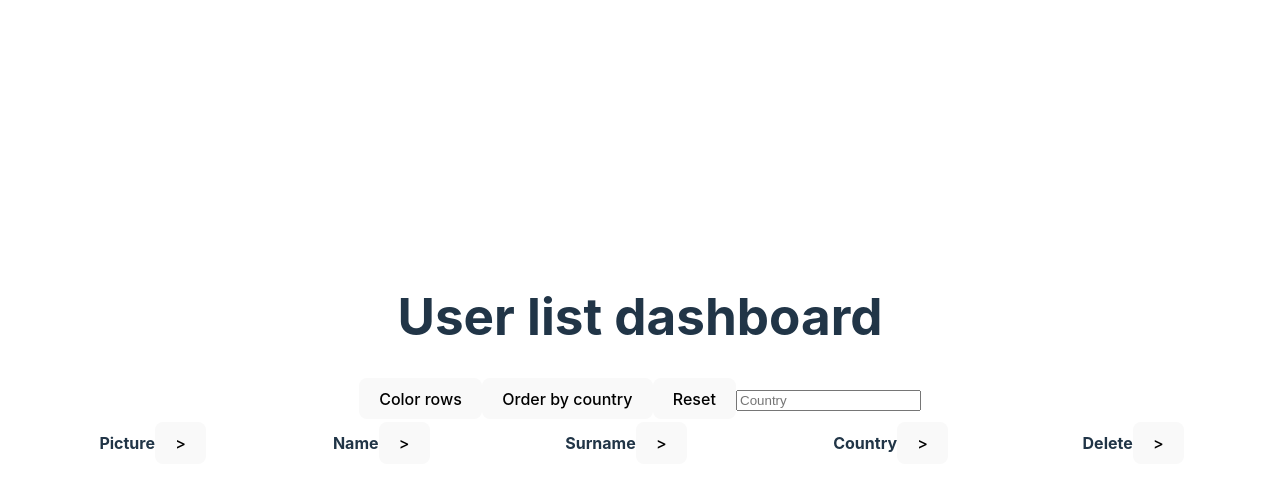
Repository: atzin-escandia/react-typescript-users-dashboard
Page: /
These files come from the project's save history. The page is drawn as it stood at one moment and after the next save; the edit follows.
The browser window is 1280 px wide. The pictures show the whole page.
The page's requests for data from a server got no answer. The project was rebuilt for these pictures with package versions that can differ from the ones it lists, and the page was loaded fresh each time. No one was signed in, and anything a server would have sent is missing. Also part of the build but not shown: vite.config.ts.

Above is the page before, as saved 2023-10-11 17:05:36.

### src/App.tsx
import { useEffect, useMemo, useRef, useState } from "react";
import "./App.css";
import UsersList from "./components/UsersList";
import { User } from "./types";

const API_URL = "https://randomuser.me/api/?results=100";
function App() {
  const [showColors, setShowColors] = useState(false);
  const [users, setUsers] = useState<User[]>([]);
  const [sortByCountry, setSortUsers] = useState(false);
  const [filterCountry, setValueSearch] = useState<null | string>(null);
  const originalUsers = useRef<User[]>([]);

  useEffect(() => {
    fetch(API_URL)
      .then((res) => res.json())
      .then((res) => {
        setUsers(res.results);
        originalUsers.current = res.results;
      });
  }, []);

  const handleReset = () => {
    setUsers(originalUsers.current);
  };

  const handleRemoveUser = (index: number) => {
    const newList = [...users].filter((_, i) => i !== index);
    setUsers(newList);
  };

  const filteredUsers = useMemo(() => {
    return filterCountry !== null && filterCountry.length > 0
      ? users.filter((user) =>
          user.location.country
            .toLowerCase()
            .includes(filterCountry.toLowerCase())
        )
      : [...users];
  }, [users, filterCountry]);

  const sortedUsers = useMemo(() => {
    return sortByCountry
      ? [...filteredUsers].sort((a, b) =>
          a.location.country.localeCompare(b.location.country)
        )
      : filteredUsers;
  }, [filteredUsers, sortByCountry]);

  return (
    <>
      <h1>User list dashboard</h1>
      <header>
        <button onClick={() => setShowColors(!showColors)}>Color rows</button>
        <button onClick={() => setSortUsers(!sortByCountry)}>
          {sortByCountry ? "Not order by country" : "Order by country"}
        </button>
        <button onClick={() => handleReset()}>Reset</button>
        <input
          type="text"
          placeholder="Country"
          onChange={(e) => setValueSearch(e.target.value)}
        />
      </header>

      <section className="card">
        {users && (
          <UsersList
            users={sortedUsers}
            removeUser={handleRemoveUser}
            showColors={showColors}
          ></UsersList>
        )}
      </section>
    </>
  );
}

export default App;

### src/index.css
:root {
  font-family: Inter, system-ui, Avenir, Helvetica, Arial, sans-serif;
  line-height: 1.5;
  font-weight: 400;

  color-scheme: light dark;
  color: rgba(255, 255, 255, 0.87);
  background-color: #242424;

  font-synthesis: none;
  text-rendering: optimizeLegibility;
  -webkit-font-smoothing: antialiased;
  -moz-osx-font-smoothing: grayscale;
  -webkit-text-size-adjust: 100%;
}

a {
  font-weight: 500;
  color: #646cff;
  text-decoration: inherit;
}
a:hover {
  color: #535bf2;
}

body {
  margin: 0;
  display: flex;
  place-items: center;
  min-height: 100vh;
}

h1 {
  font-size: 3.2em;
  line-height: 1.1;
}

button {
  border-radius: 8px;
  border: 1px solid transparent;
  padding: 0.6em 1.2em;
  font-size: 1em;
  font-weight: 500;
  font-family: inherit;
  background-color: #1a1a1a;
  cursor: pointer;
  transition: border-color 0.25s;
}
button:hover {
  border-color: #646cff;
}
button:focus,
button:focus-visible {
  outline: 4px auto -webkit-focus-ring-color;
}

@media (prefers-color-scheme: light) {
  :root {
    color: #213547;
    background-color: #ffffff;
  }
  a:hover {
    color: #747bff;
  }
  button {
    background-color: #f9f9f9;
  }
}

### src/App.css
#root {
  margin: 0 auto;
  padding: 2rem;
  text-align: center;
  width: 100%;
}

### src/components/UsersList.tsx
import { useState } from "react";
import { User } from "../types.d";

interface Props {
  users: User[];
  showColors: boolean;
  removeUser: (index: number) => void;
}

interface PropsUserList {
  user: User;
  color: boolean;
  index: number;
}

const UsersList = ({ users, showColors, removeUser, sortByHeader }: Props) => {
  const TABLE_HEADER = ["Picture", "Name", "Surname", "Country", "Delete"];
  const [sort, setSort] = useState(null);
  const UserRow = ({ user, color, index }: PropsUserList) => {
    const { picture, name, location } = user;
    const isEvenRow = index % 2 === 0;

    return (
      <tr style={{ backgroundColor: color && isEvenRow && "black" }}>
        <td>{<img src={picture.thumbnail} alt="Thumbnail user" />}</td>
        <td>{name.first}</td>
        <td>{name.last}</td>
        <td>{location.country}</td>
        <td>
          <button onClick={() => removeUser(index)}>Remove</button>
        </td>
      </tr>
    );
  };

  return (
    <table width="100%">
      <thead>
        <tr>
          {TABLE_HEADER.map((title: string, index: number) => (
            <>
              <th key={index}>
                {title}
                <button onClick={() => sortByHeader(title)}>
                  {sort ? "<" : ">"}
                </button>
              </th>
            </>
          ))}
        </tr>
      </thead>
      <tbody>
        {users &&
          users.map((user: User, index: number) => (
            <UserRow
              key={user.login.uuid}
              user={user}
              color={showColors}
              index={index}
            />
          ))}
      </tbody>
    </table>
  );
};

export default UsersList;

Loaded but not shown: index.html (common file); src/main.tsx (common file)

After the next save:
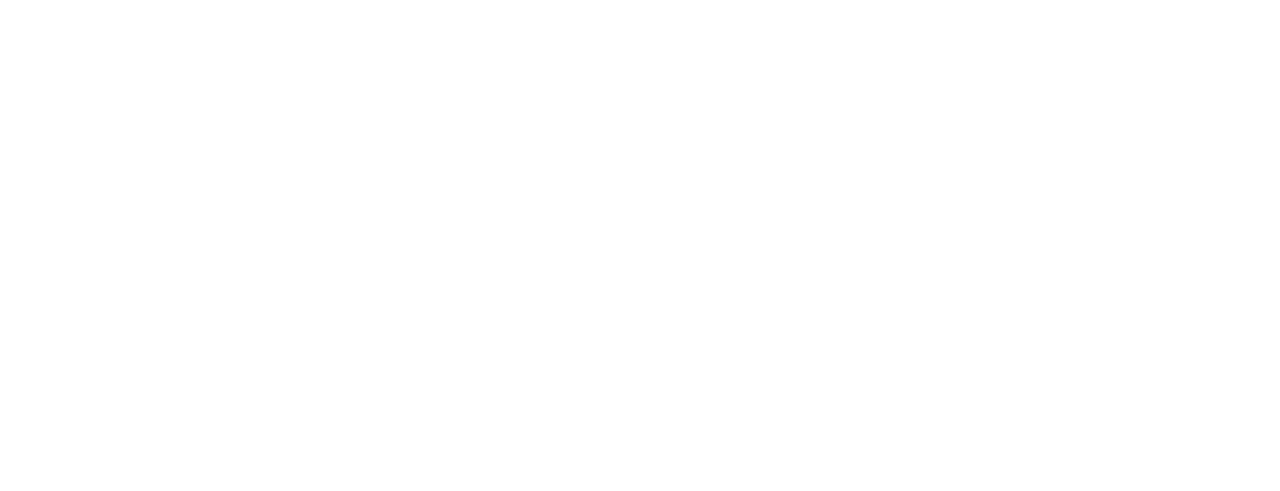
Console error: ReferenceError: sortByHeader is not defined
Saved 4 min 31 s later.
--- a/src/App.tsx
+++ b/src/App.tsx
@@ -68,6 +68,7 @@
           <UsersList
             users={sortedUsers}
             removeUser={handleRemoveUser}
+            sortByHeader={sortByHeader}
             showColors={showColors}
           ></UsersList>
         )}
--- a/src/components/UsersList.tsx
+++ b/src/components/UsersList.tsx
@@ -15,7 +15,6 @@
 
 const UsersList = ({ users, showColors, removeUser, sortByHeader }: Props) => {
   const TABLE_HEADER = ["Picture", "Name", "Surname", "Country", "Delete"];
-  const [sort, setSort] = useState(null);
   const UserRow = ({ user, color, index }: PropsUserList) => {
     const { picture, name, location } = user;
     const isEvenRow = index % 2 === 0;

After the 5 saves that followed:
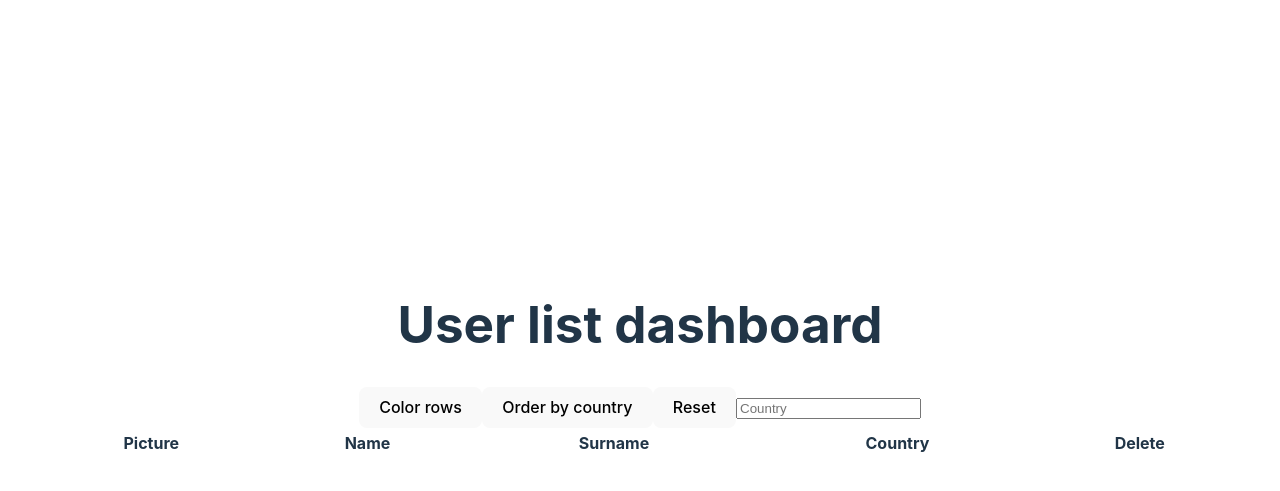
The error is gone.
The 5 saves are shown as one change because 4 left the picture as it was.
The last was saved 10 min 21 s later.
--- a/src/App.tsx
+++ b/src/App.tsx
@@ -68,7 +68,6 @@
           <UsersList
             users={sortedUsers}
             removeUser={handleRemoveUser}
-            sortByHeader={sortByHeader}
             showColors={showColors}
           ></UsersList>
         )}
--- a/src/components/UsersList.tsx
+++ b/src/components/UsersList.tsx
@@ -1,4 +1,3 @@
-import { useState } from "react";
 import { User } from "../types.d";
 
 interface Props {
@@ -37,14 +36,7 @@
       <thead>
         <tr>
           {TABLE_HEADER.map((title: string, index: number) => (
-            <>
-              <th key={index}>
-                {title}
-                <button onClick={() => sortByHeader(title)}>
-                  {sort ? "<" : ">"}
-                </button>
-              </th>
-            </>
+            <th key={index}>{title}</th>
           ))}
         </tr>
       </thead>
